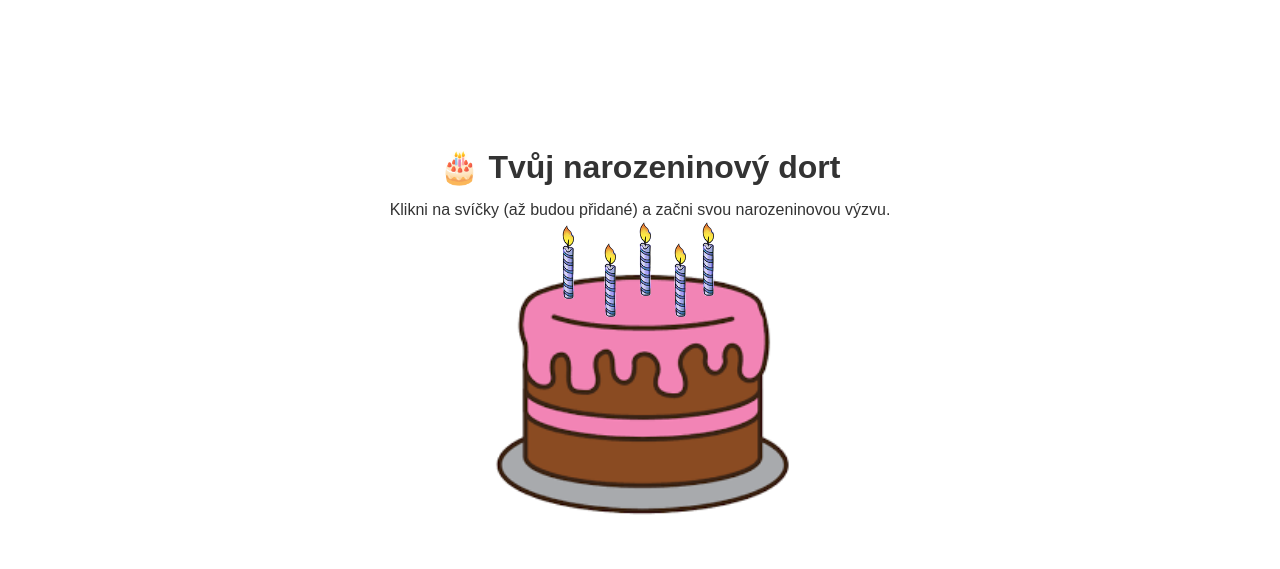
Repository: DanielMicka/darek
Page: html/cake.html
An editor plug-in stored every save of this project. The page is shown before and after the next save, followed by the edit.
The browser window is 1280 px wide. The pictures show the whole page.

Above is the page before, as saved 2026-06-13 19:34:19.

After the next save:
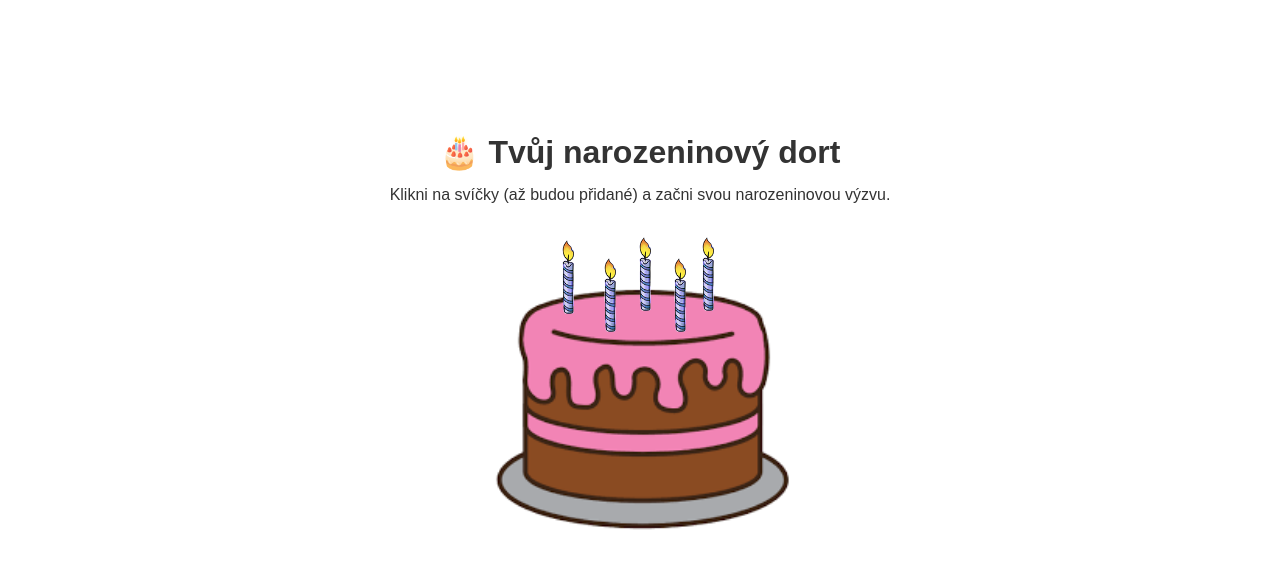
Saved 4 s later.
--- a/html/cake.html
+++ b/html/cake.html
@@ -15,7 +15,7 @@
 
         <p>Klikni na svíčky (až budou přidané) a začni svou narozeninovou výzvu.</p>
 
-        <div class="cake-wrapper", margin-top: 30px;>
+        <div class="cake-wrapper" style="margin-top: 30px;">
             <img src="/cake.png" class="cake">
 
             <!-- Svíčka 1 -->
